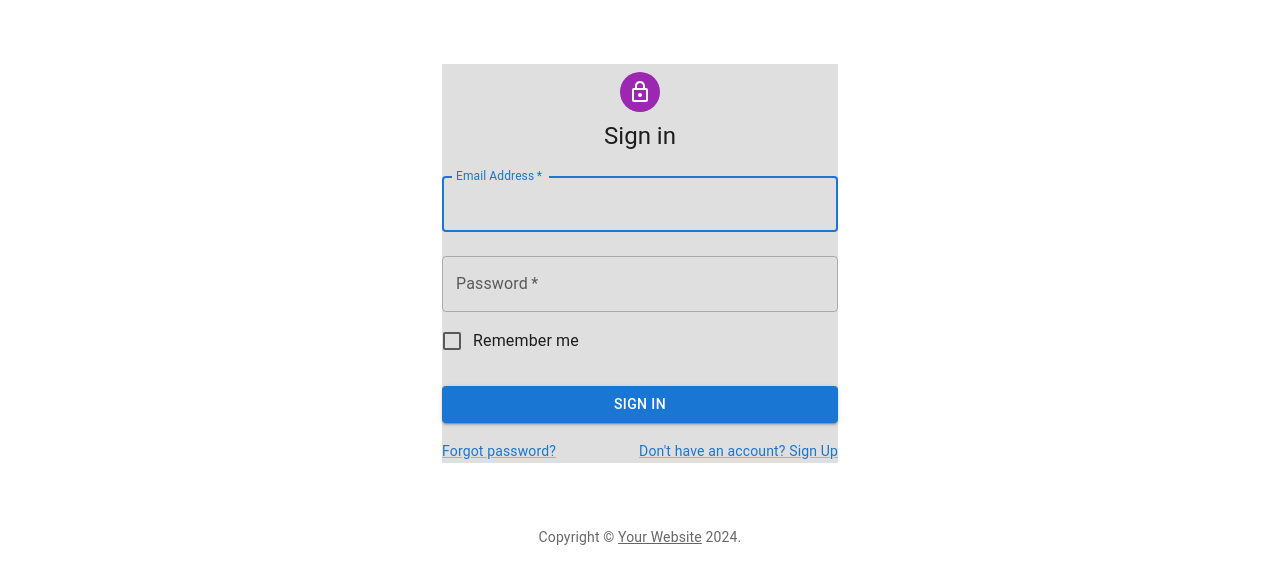
Repository: Milith97/Book-Borrowing-System
Page: /
The author's editor kept a copy of each file at every save. The page is drawn from the files as they stood at one save, then again after the next save.
The browser window is 1280 px wide. The pictures show the whole page.
The project was rebuilt for these pictures with package versions that can differ from the ones it lists, and the page was loaded fresh each time. Also part of the build but not shown: vite.config.js, src/Componnts/SignUp.jsx, src/index.css.

Above is the page before, as saved 2024-03-25 12:55:17.

After the next save:
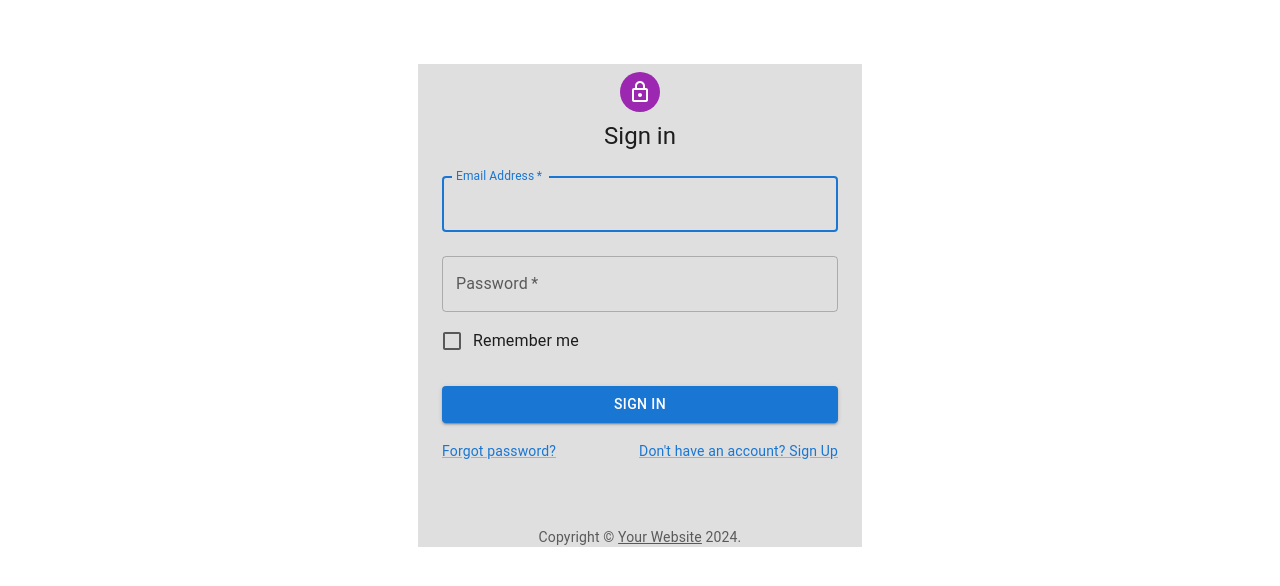
Saved 31 s later.
--- a/src/Componnts/SignIn.jsx
+++ b/src/Componnts/SignIn.jsx
@@ -43,7 +43,7 @@ export default function SignIn() {
 
   return (
     <ThemeProvider theme={defaultTheme}>
-      <Container component="main" maxWidth="xs">
+      <Container component="main" maxWidth="xs" sx={{ backgroundColor: '#dfdfdf'}}>
         <CssBaseline />
         <Box
           sx={{
@@ -51,7 +51,7 @@ export default function SignIn() {
             display: 'flex',
             flexDirection: 'column',
             alignItems: 'center',
-            backgroundColor: '#dfdfdf'
+
           }}
         >
           <Avatar sx={{ m: 1, bgcolor: 'secondary.main' }}>
